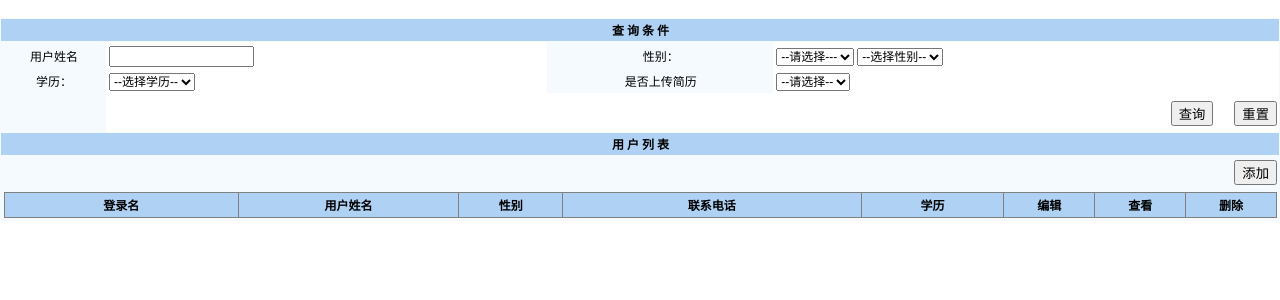
Repository: hermione-20/MyGitProjectRemote
Page: http://localhost/day28_01struts2final/user/list.jsp
These files come from the project's save history. The page is drawn as it stood at one moment and after the next save; the edit follows.
The browser window is 1280 px wide. The pictures show the whole page.
The page is served by Tomcat 9.

Above is the page before, as saved 2020-05-15 09:03:01.

After the next save:
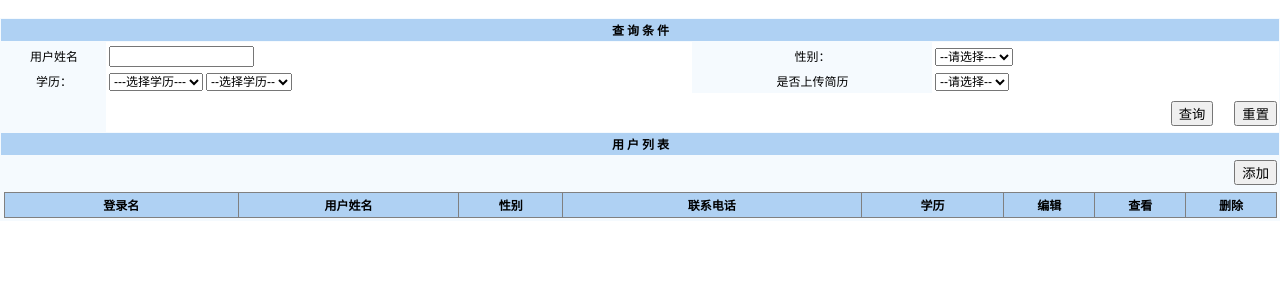
Saved 4 min 2 s later.
--- a/day28_01struts2final/WebContent/user/list.jsp
+++ b/day28_01struts2final/WebContent/user/list.jsp
@@ -37,15 +37,6 @@
 									</td>
 									<td class="ta_01" bgColor="#ffffff">
 									<s:select list="{'男','女'}" name="gender" headerKey="" headerValue="--请选择---"></s:select>
-
-										<select name="sex" id="sex">
-										    <option value="">--选择性别--</option>
-										    <option value="男">男</option>
-										    <option value="女">女</option>
-
-
-										</select>
-
 									</td>
 								</tr>
 								<tr>
@@ -53,6 +44,7 @@
 										学历：
 									</td>
 									<td class="ta_01" bgColor="#ffffff">
+									<s:select list="{'研究生','本科','专科','高中','初中'}" name="" headerKey="" headerValue="---选择学历---"></s:select>
 
 										<select name="education" id="education">
 										    <option value="">--选择学历--</option>
